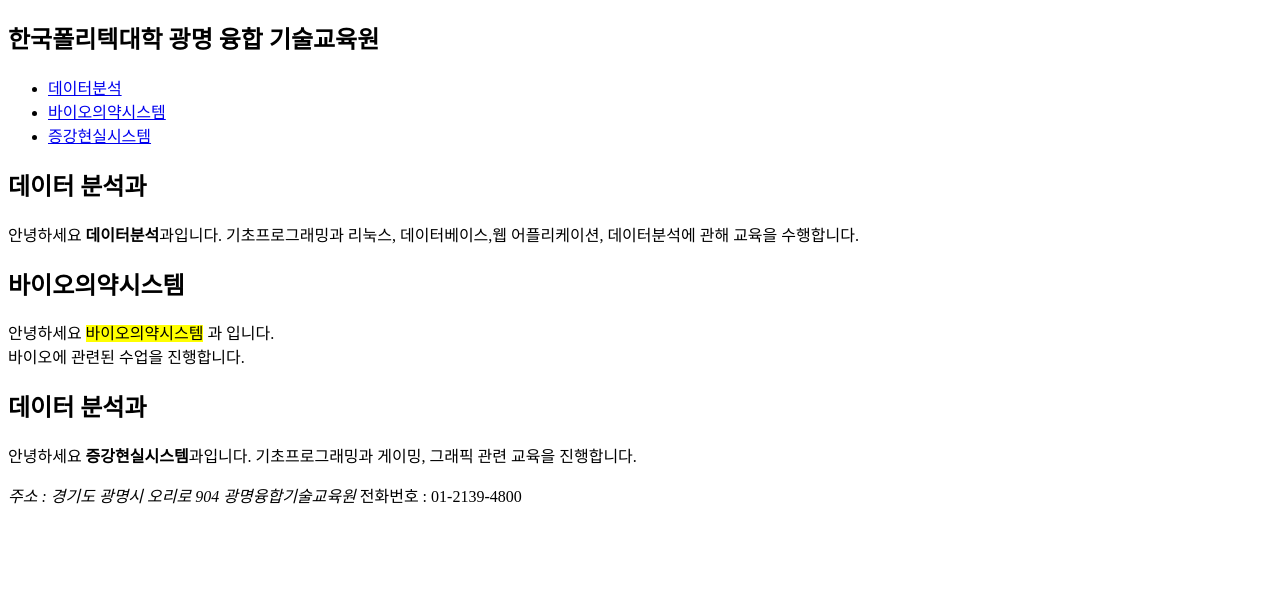
Repository: dhfkdlxm/Lecture-Web
Page: Lecture-Web/WebContent/html/exam02.html
These files come from the project's save history. The page is drawn as it stood at one moment and after the next save; the edit follows.
The browser window is 1280 px wide. The pictures show the whole page.

Above is the page before, as saved 2021-06-10 02:06:40.

### Lecture-Web/WebContent/html/exam02.html
<!DOCTYPE html>
<html>
<head>
<meta charset="UTF-8">
<title>Insert title here</title>
</head>
<body>
	<div>
		<h2>한국폴리텍대학 광명 융합 기술교육원</h2>
		<div>
			<ul>
				<li><a href="#">데이터분석</a></li>
				<li><a href="#">바이오의약시스템</a></li>
				<li><a href="#">증강현실시스템</a></li>
			</ul>
		</div>
	</div>
	<div>
		<div>
			<h2>데이터 분석과</h2>
			<p>
				안녕하세요 <b>데이터분석</b>과입니다. 기초프로그래밍과 리눅스, 데이터베이스,웹 어플리케이션, 데이터분석에 관해 교육을
				수행합니다.
			</p>
		</div>
		<div>
			<h2>바이오의약시스템</h2>
			<p>
				안녕하세요 <span style="background-color: yellow;">바이오의약시스템</span> 과 입니다.<br>
				바이오에 관련된 수업을 진행합니다.<br>

			</p>
		</div>

		<div>
			<h2>데이터 분석과</h2>
			<p>
				안녕하세요 <b>증강현실시스템</b>과입니다. 기초프로그래밍과 게이밍, 그래픽 관련 교육을 진행합니다.
			</p>
		</div>

	</div>
	<div>
		<i>주소 : 경기도 광명시 오리로 904 광명융합기술교육원</i> 전화번호 : 01-2139-4800
	</div>
</body>
</html>

After the next save:
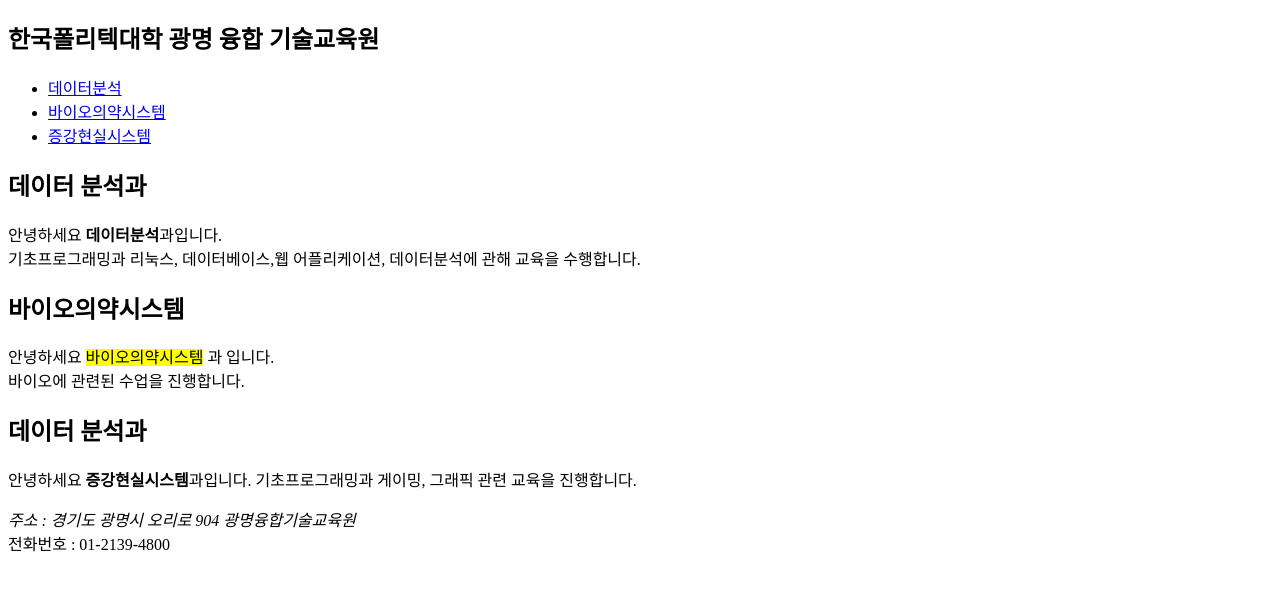
Saved 47 s later.
--- a/Lecture-Web/WebContent/html/exam02.html
+++ b/Lecture-Web/WebContent/html/exam02.html
@@ -19,8 +19,8 @@
 		<div>
 			<h2>데이터 분석과</h2>
 			<p>
-				안녕하세요 <b>데이터분석</b>과입니다. 기초프로그래밍과 리눅스, 데이터베이스,웹 어플리케이션, 데이터분석에 관해 교육을
-				수행합니다.
+				안녕하세요 <b>데이터분석</b>과입니다. <br>기초프로그래밍과 리눅스, 데이터베이스,웹 어플리케이션, 데이터분석에 관해 교육을
+				수행합니다.<br>
 			</p>
 		</div>
 		<div>
@@ -41,7 +41,7 @@
 
 	</div>
 	<div>
-		<i>주소 : 경기도 광명시 오리로 904 광명융합기술교육원</i> 전화번호 : 01-2139-4800
+		<i>주소 : 경기도 광명시 오리로 904 광명융합기술교육원</i> <br>전화번호 : 01-2139-4800
 	</div>
 </body>
 </html>
